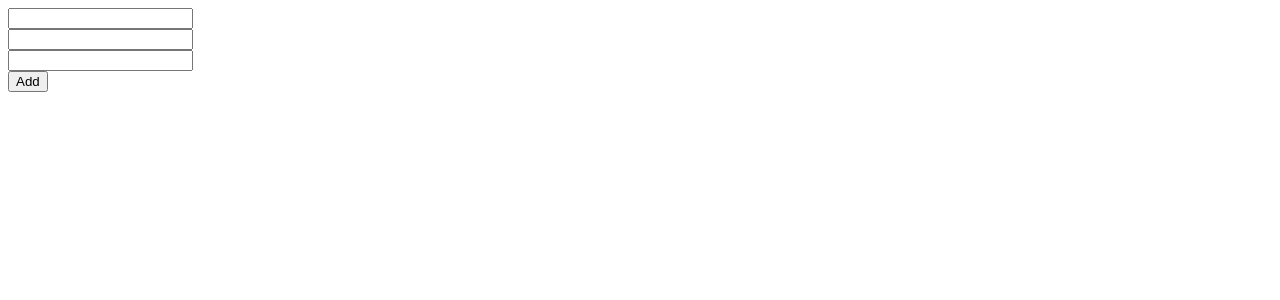
Repository: sagaryadav012/SpringBootExamples
Page: http://localhost/WebCrudDemo/home.jsp
The author's editor kept a copy of each file at every save. The page is drawn from the files as they stood at one save, then again after the next save.
The browser window is 1280 px wide. The pictures show the whole page.
The page is served by Tomcat 9.

Above is the page before, as saved 2023-02-22 07:02:47.

After the next save:
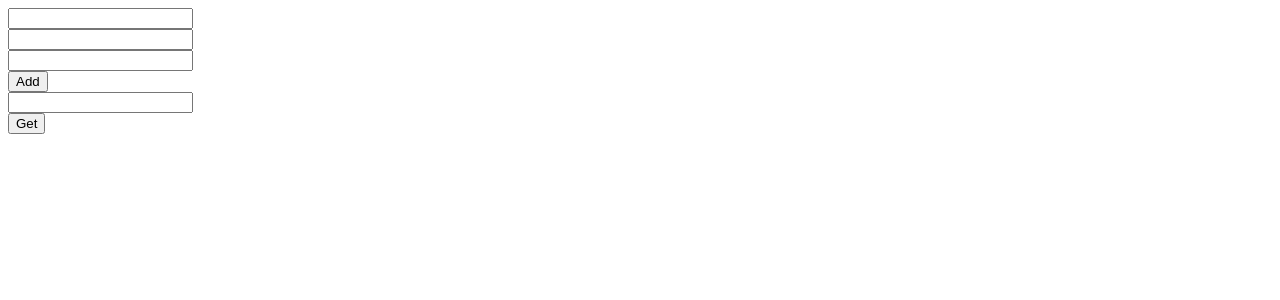
Saved 26 s later.
--- a/WebCrudDemo/src/main/webapp/home.jsp
+++ b/WebCrudDemo/src/main/webapp/home.jsp
@@ -9,5 +9,10 @@
 		<input type="text" name="tech"><br>
 		<input type="submit" value="Add"><br>
 	</form>
+
+	<form action="getStudent">
+		<input type="text" name="id"><br>
+		<input type="submit" value="Get"><br>
+	</form>
 </body>
 </html>
